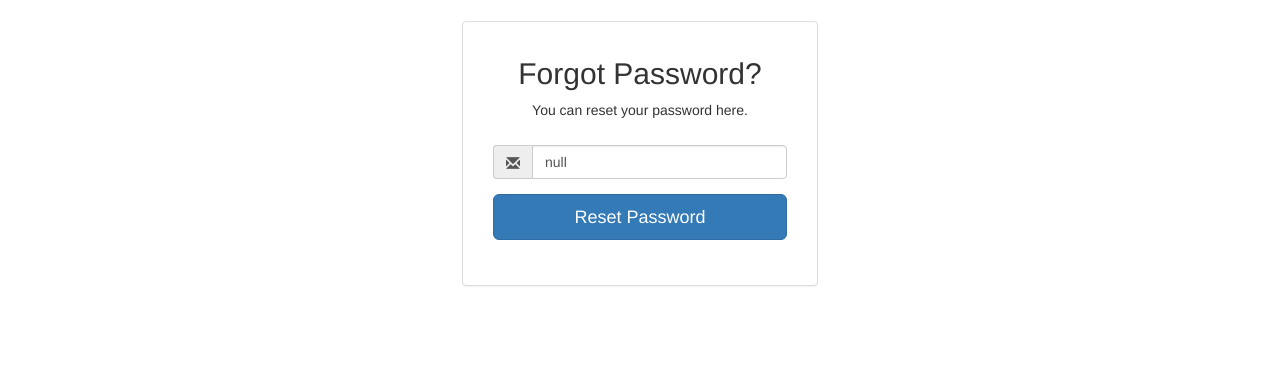
Repository: jayakumar721/projects
Page: http://localhost/TestEngine/reset.jsp
An editor plug-in stored every save of this project. The page is shown before and after the next save, followed by the edit.
The browser window is 1280 px wide. The pictures show the whole page.
Some web libraries are served in a nearby version. The page is served by Tomcat 9.

Above is the page before, as saved 2017-11-27 06:57:02.

After the next save:
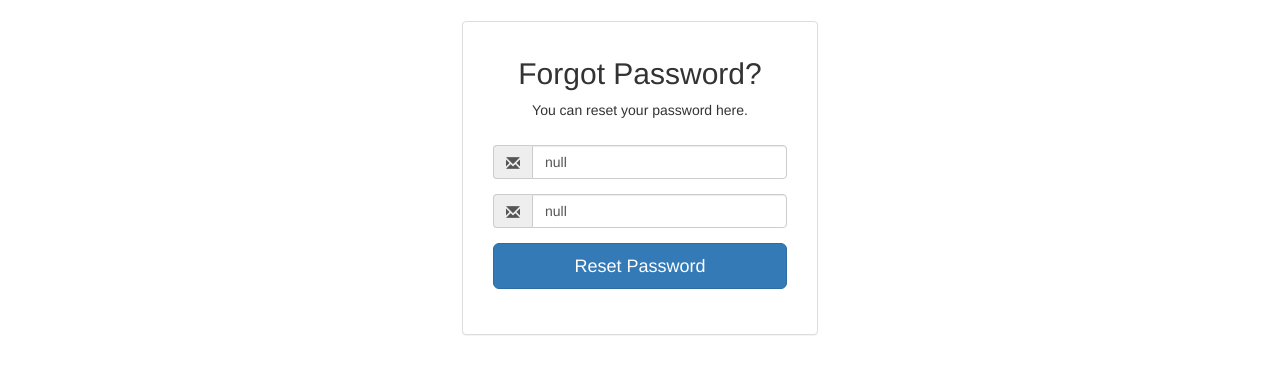
Saved 16 s later.
--- a/TestEngine/WebContent/reset.jsp
+++ b/TestEngine/WebContent/reset.jsp
@@ -58,6 +58,14 @@
 										</div>
 									</div>
 									<div class="form-group">
+										<div class="input-group">
+											<span class="input-group-addon"><i
+												class="glyphicon glyphicon-envelope color-blue"></i></span> <input
+												id="email" name="email" value="<%=session.getAttribute("email") %>"
+												class="form-control" type="email">
+										</div>
+									</div>
+									<div class="form-group">
 										<input name="recover-submit"
 											class="btn btn-lg btn-primary btn-block"
 											value="Reset Password" type="submit">
